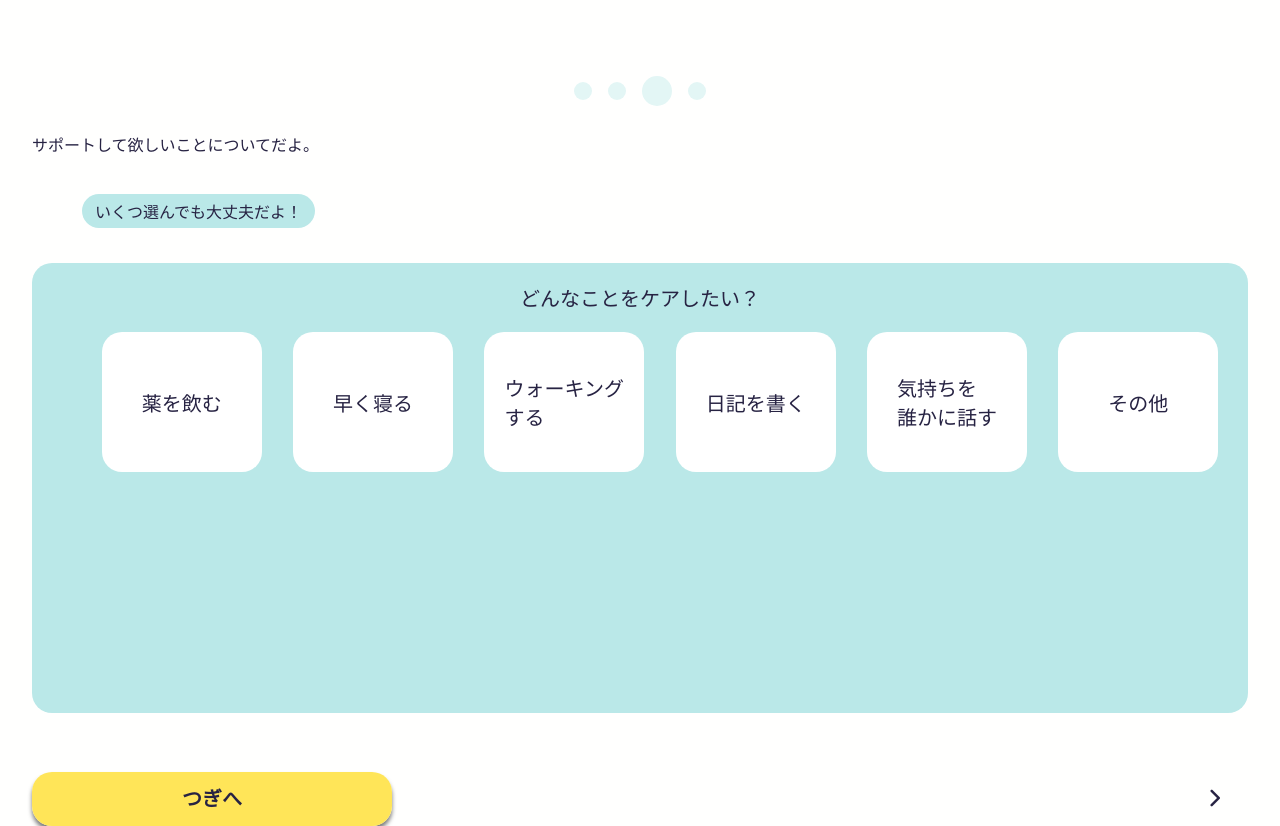
Repository: misaki0919/Self-care
Page: support.html
These files come from the project's save history. The page is drawn as it stood at one moment and after the next save; the edit follows.
The browser window is 1280 px wide. The pictures show the whole page.
Some web fonts or font styles are not loaded; a fallback is used.

Above is the page before, as saved 2026-07-19 11:07:10.

After the next save:
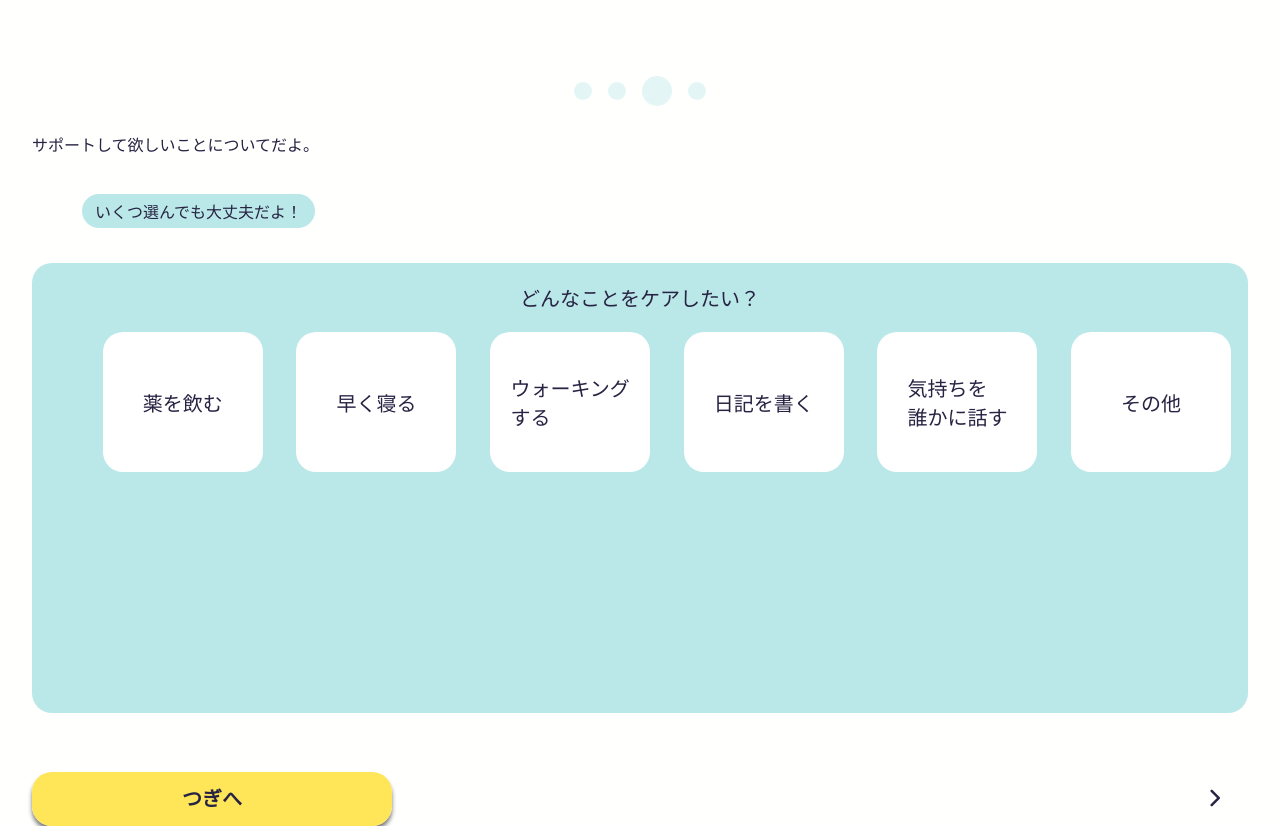
Saved 19 s later.
--- a/css/support.css
+++ b/css/support.css
@@ -62,7 +62,7 @@ body{
         display: flex;
         justify-content: space-around;
         flex-wrap: wrap;
-        margin: 0 14px;
+        margin-left: 14px;
 
 
         li{
